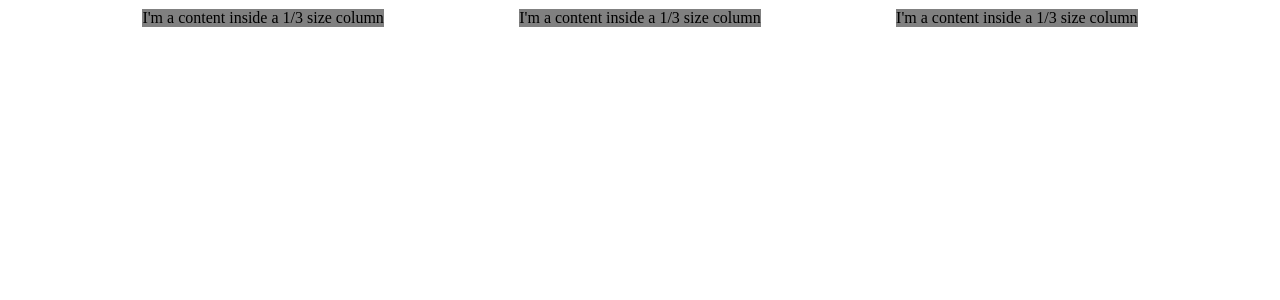
Repository: ervinne13/gg-basic-web-frontend-development
Page: modules/css/long-samples/grid-system-1.html
An editor plug-in stored every save of this project. The page is shown before and after the next save, followed by the edit.
The browser window is 1280 px wide. The pictures show the whole page.

Above is the page before, as saved 2019-07-04 17:01:13.

### modules/css/long-samples/grid-system-1.html
<html>
    <head>
        <style>
            .container {
                max-width: 1335px;
                margin: 0 auto;
            }

            .container .row {
                display: flex;
                justify-content: space-evenly;
            }

            .container .row .col {
                display: flex;
                flex-flow: row wrap;
                justify-content: flex-start;
                background-color: grey;
                margin: 1px;
            }
        </style>
    </head>
    <body>
        <div class="container">
            <div class="row">
                <div class="col">
                    I'm a content inside a 1/3 size column
                </div>
                <div class="col">
                    I'm a content inside a 1/3 size column
                </div>
                <div class="col">
                    I'm a content inside a 1/3 size column
                </div>
            </div>
        </div>
    </body>
</html>

After the next save:
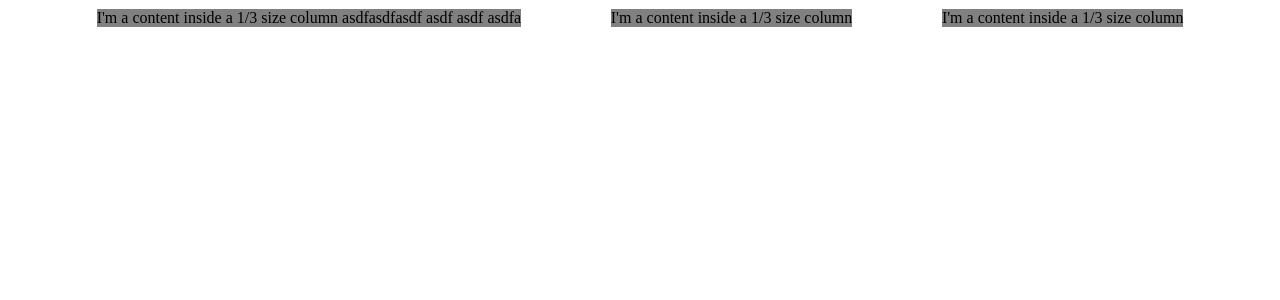
Saved 12 s later.
--- a/modules/css/long-samples/grid-system-1.html
+++ b/modules/css/long-samples/grid-system-1.html
@@ -24,7 +24,7 @@
         <div class="container">
             <div class="row">
                 <div class="col">
-                    I'm a content inside a 1/3 size column
+                    I'm a content inside a 1/3 size column asdfasdfasdf asdf asdf asdfa
                 </div>
                 <div class="col">
                     I'm a content inside a 1/3 size column
